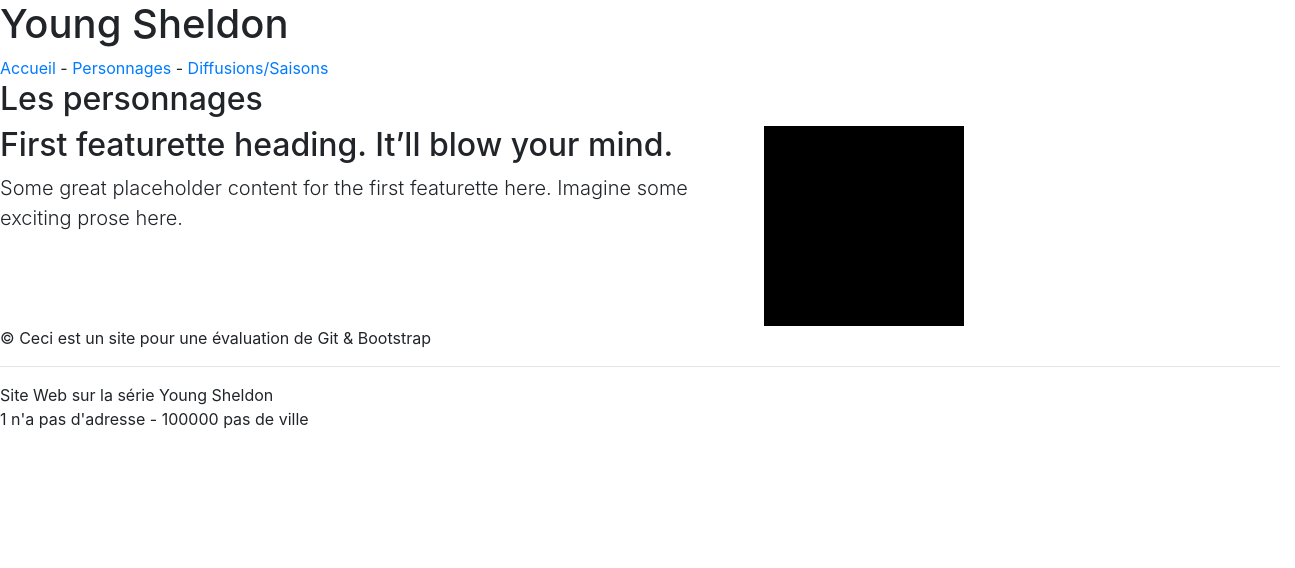
Repository: jkoz-dev/Site_Web_Young_Sheldon_KOZIEL.github.io
Page: personnages.html
These files come from the project's save history. The page is drawn as it stood at one moment and after the next save; the edit follows.
The browser window is 1280 px wide. The page is 1295 px wide, so the pictures cover 1295 px, including what lies to the right of the window. The pictures show the whole page.

Above is the page before, as saved 2025-12-12 11:33:04.

After the next save:
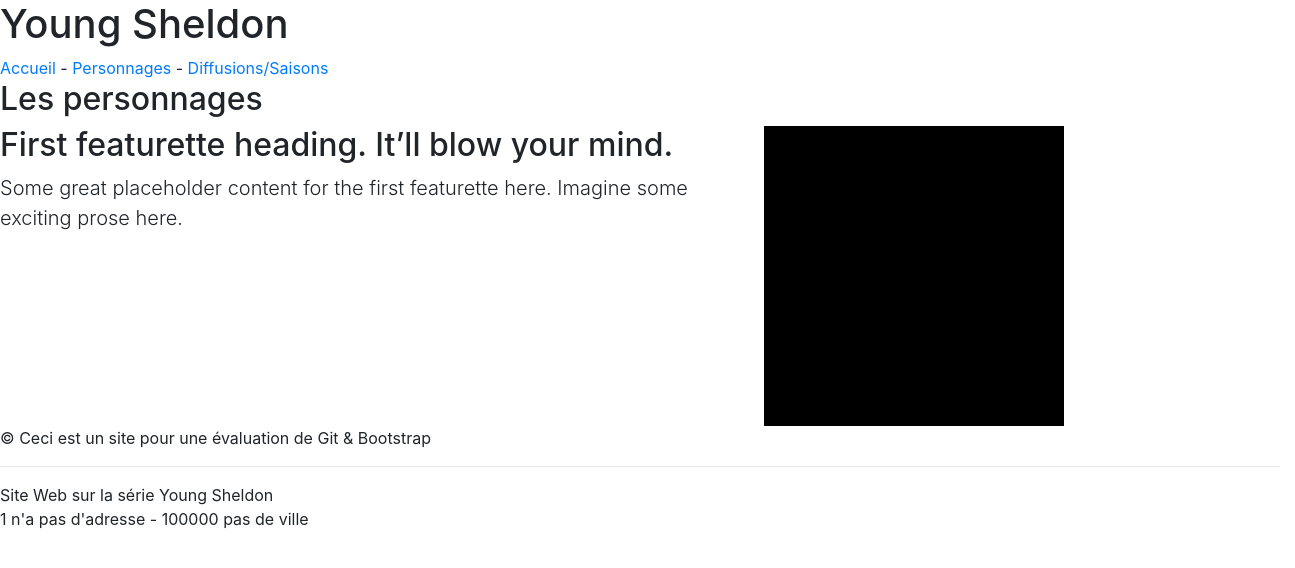
Saved 12 s later.
--- a/personnages.html
+++ b/personnages.html
@@ -30,8 +30,8 @@
                 here.</p>
         </div>
         <div class="col-md-5"> <svg aria-label="Placeholder: 500x500"
-                class="bd-placeholder-img bd-placeholder-img-lg featurette-image img-fluid mx-auto" height="200"
-                preserveAspectRatio="xMidYMid slice" role="img" width="200" src ="./images/sheldon_cooper.jpg">
+                class="bd-placeholder-img bd-placeholder-img-lg featurette-image img-fluid mx-auto" height="300"
+                preserveAspectRatio="xMidYMid slice" role="img" width="300" src ="./images/sheldon_cooper.jpg">
                 <title>Placeholder</title>
                 <rect width="100%" height="100%" fill="var(--bs-secondary-bg)"></rect><text x="50%" y="50%"
                     fill="var(--bs-secondary-color)" dy=".3em"></text>
